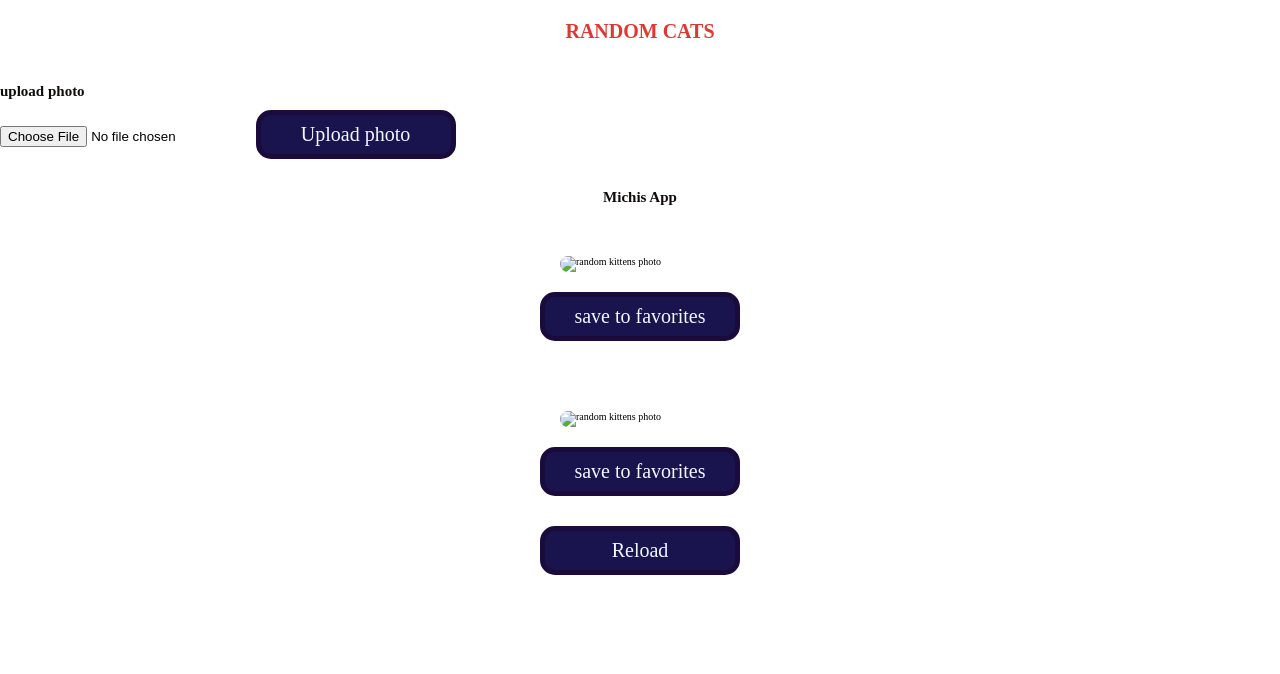
Repository: elto82/ConsumoAPIRESTjs
Page: index.html
These files come from the project's save history. The page is drawn as it stood at one moment and after the next save; the edit follows.
The browser window is 1280 px wide. The pictures show the whole page.
The page's requests for data from a server got no answer.

Above is the page before, as saved 2022-07-04 21:46:04.

### index.html
<!DOCTYPE html>
<html lang="en">

<head>
  <meta charset="UTF-8">
  <meta http-equiv="X-UA-Compatible" content="IE=edge">
  <meta name="viewport" content="width=device-width, initial-scale=1.0">
  <title>Random Cats</title>
  <link rel="stylesheet" href="style.css">
</head>

<body>
  <header>
    <h1>Random Cats</h1>
  </header>
  <span id="error"></span>


  <section id="uploadingMichi" class="cards__container">
    <h2>upload photo</h2>
    <form id="uploadingForm">
      <input id="fileSelector" type="file" name="file" accept="image/*">

      <button type="button" onclick="uploadMichiPhoto()" class="random-cat-button">
        Upload photo<i class="fa-solid fa-paper-plane"></i>
      </button>
      <div id="preview-zone">

      </div>
    </form>
  </section>

  <section id="randomMichis" class="container">
    <h2>Michis App</h2>

    <article>
      <img id="img1" alt="random kittens photo" class="image">
      <button id="btn1" class="random-cat-button">
        save to favorites
      </button>
    </article>
    <article>
      <img id="img2" alt="random kittens photo" class="image">
      <button id="btn2" class="random-cat-button">
        save to favorites
      </button>
    </article>

    <button class="random-cat-button" onclick="loadRandomMichis()">
      Reload
    </button>

  </section>
  <section id="favoriteMichis">

  </section>

  <script src="https://cdn.jsdelivr.net/npm/axios/dist/axios.min.js"></script>
  <script src="./main.js"></script>
</body>

</html>

### style.css
* {
  box-sizing: border-box;
  margin: 0px;
  padding: 0px;
}
html {
  font-size: 62.5%;
}
body {
  font-family: 'Square Peg', cursive;
}
header {
  display: flex;
  justify-content: center;
}

h1 {
  margin: 20px 0;
  color: #DB3A34;
  font-weight: 800;
  text-transform: uppercase;
}

h2 {
  color: #100c0c;
  margin: 0 0 1rem 0;
}

#error {
  color: rgb(20, 17, 17);
  display: block;
  margin-bottom: 20px;
  margin-left: 1rem;
}

article{
  display: flex;
  flex-direction: column;
  justify-content: center;
  place-items: center;
  padding: 20px;
}


.container {
  display: flex;
  flex-direction: column;
  justify-content: center;
  place-items: center;
  padding: 20px;
}
.container .image {
  border-radius: 20px;
  margin: 20px;
  width: 80%;
  height: auto;
}
.random-cat-button {
  align-items: center;
  background-color: rgb(26, 20, 78);
  border: 5px solid rgb(27, 11, 60);
  border-radius: 15px;
  color: aliceblue;
  cursor: pointer;
  font-family: 'Pacifico', cursive;
  font-size: 2rem;
  padding: 0.8rem;
  width: 20rem;
  height: auto;
  margin-bottom: 1rem;
}
.random-cat-button:hover {
  border: 5px solid rgb(36, 16, 71);
  background-color: rgb(33, 14, 62);
}

#file-preview{
  width: 300px;
  height: auto;
  margin: 20px 20px;
}

### main.js
const api = axios.create({
  baseURL: 'https://api.thecatapi.com/v1'
});
api.defaults.headers.common['X-API-KEY'] = '11fb4c78-96c8-403c-b282-b8c4d38b4b60';


/*--------------------------------------------- endpoint
const API_URL = "https://api.thecatapi.com/v1/images/search"; */
/* --------------------------------------------------------query parameters */
const API_URL_random = "https://api.thecatapi.com/v1/images/search?limit=2";
const API_URL_favorites = "https://api.thecatapi.com/v1/favourites";
const API_URL_upload = "https://api.thecatapi.com/v1/images/upload";

const API_URL_favorites_delete = (id) =>
  `https://api.thecatapi.com/v1/favourites/${id}`;

const spanError = document.getElementById("error");

async function loadRandomMichis() {
  const res = await fetch(API_URL_random);
  const data = await res.json();

  console.log(data);
  console.log("loadRandomMichis");

  if (res.status !== 200) {
    spanError.innerHTML = `hubo un error: ${res.status} ${data.message}`;
  } else {
    const img1 = document.getElementById("img1");
    const img2 = document.getElementById("img2");
    const btn1 = document.getElementById("btn1");
    const btn2 = document.getElementById("btn2");

    img1.src = data[0].url;
    img2.src = data[1].url;
    btn1.onclick = () => saveFavoriteMichi(data[0].id);
    btn2.onclick = () => saveFavoriteMichi(data[1].id);
  }
}

async function loadFavoriteMichis() {
  const res = await fetch(API_URL_favorites, {
    method: "GET",
    headers: {
      "X-API-KEY": "11fb4c78-96c8-403c-b282-b8c4d38b4b60",
    },
  });
  const data = await res.json();

  console.log(data);
  console.log("loadFavoriteMichis");

  if (res.status !== 200) {
    spanError.innerHTML = `Hubo un error: ${res.status} ${data.message}`;
  } else {
    const section = document.getElementById("favoriteMichis");
    section.innerHTML = "";
    const h2 = document.createElement("h2");
    const h2Text = document.createTextNode("Michis Favorites");
    h2.appendChild(h2Text);
    section.appendChild(h2);

    data.forEach((michi) => {
      const article = document.createElement("article");
      const img = document.createElement("img");
      const btn = document.createElement("button");
      const btnText = document.createTextNode("remove michi");

      btn.appendChild(btnText);
      btn.onclick = () => deleteFavoriteMichi(michi.id);
      img.src = michi.image.url;
      img.width = 150;
      article.appendChild(img);
      article.appendChild(btn);
      section.appendChild(article);
    });
  }
}

async function saveFavoriteMichi(id) {
  const { data, status } = await api.post('/favourites', {
    image_id: id,
  });
  /* const res = await fetch(API_URL_favorites, {
    method: "POST",
    headers: {
      "Content-Type": "application/json",
      "X-API-KEY": "11fb4c78-96c8-403c-b282-b8c4d38b4b60",
    },
    body: JSON.stringify({
      image_id: id,
    }),
  });
  const data = await res.json(); */

  console.log("save");
  //console.log(res);

  if (status !== 200) {
    spanError.innerHTML = `Hubo un error: ${status} ${data.message}`;
  } else {
    console.log("michi guardado en favoritos");
    loadFavoriteMichis();
  }
}

async function deleteFavoriteMichi(id) {
  const res = await fetch(API_URL_favorites_delete(id), {
    method: "DELETE",
    headers: {
      "X-API-KEY": "11fb4c78-96c8-403c-b282-b8c4d38b4b60",
    },
  });
  const data = await res.json();

  if (res.status !== 200) {
    spanError.innerHTML = `Hubo un error: ${res.status} ${data.message}`;
  } else {
    console.log("michi eliminado de favoritos");
    loadFavoriteMichis();
  }
}

async function uploadMichiPhoto() {
  const form = document.getElementById("uploadingForm");
  const formData = new FormData(form);

  console.log(formData.get("file"));

  const res = await fetch(API_URL_upload, {
    method: "POST",
    headers: {
      //"Content-Type": "multipart/form-data",
      "X-API-KEY": "11fb4c78-96c8-403c-b282-b8c4d38b4b60",
    },
    body: formData,
  });
  const data = await res.json();

  if (res.status !== 201) {
    spanError.innerText = "Hubo un error: " + res.status + " " + data.message;
  } else {
    console.log("Michi cargado correctamente");
    console.log({ data });
    console.log(data.url);
    saveFavoriteMichi(data.id);
    loadRandomMichis();
  }
}

/* const previewImage = () => {
  const file = document.getElementById("file").files;
  console.log(file);
  if (file.length > 0) {
    const fileReader = new FileReader();

    fileReader.onload = function(e) {
      document.getElementById("preview").setAttribute("src", e.target.result);
    };
    fileReader.readAsDataURL(file[0]);
  }
} */

function readFile(input) {
  if (input.files && input.files[0]) {
    var reader = new FileReader();
    reader.onload = function (e) {
      var filePreview = document.createElement("img");
      filePreview.id = "file-preview";
      //Aca se guarda la imagen en base 64
      filePreview.src = e.target.result;
      console.log(e.target.result);

      var previewZone = document.getElementById("preview-zone");
      previewZone.appendChild(filePreview);
    };

    reader.readAsDataURL(input.files[0]);
  }
}
var fileUpload = document.getElementById("fileSelector");
fileUpload.onchange = function (e) {
  readFile(e.srcElement);

};

loadRandomMichis();
loadFavoriteMichis();

After the next save:
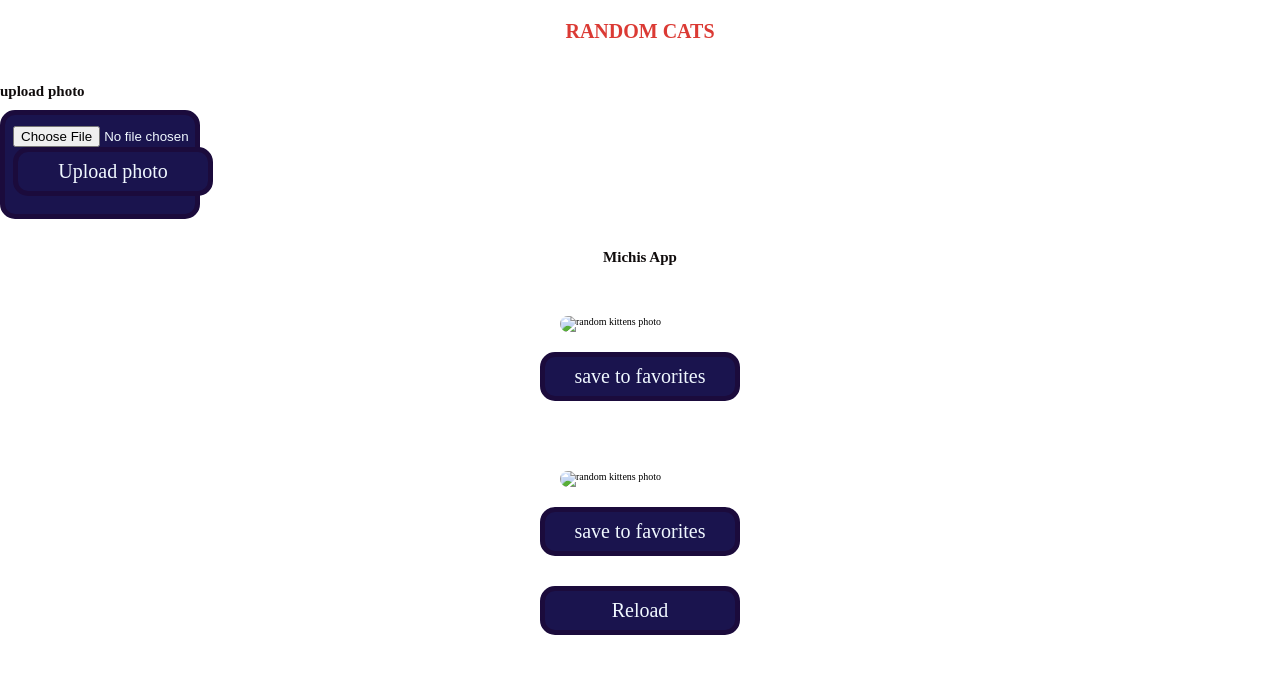
Saved 3 min 15 s later.
--- a/style.css
+++ b/style.css
@@ -79,3 +79,18 @@ article{
   height: auto;
   margin: 20px 20px;
 }
+
+#uploadingForm{
+  align-items: center;
+  background-color: rgb(26, 20, 78);
+  border: 5px solid rgb(27, 11, 60);
+  border-radius: 15px;
+  color: aliceblue;
+  cursor: pointer;
+  font-family: 'Pacifico', cursive;
+  font-size: 2rem;
+  padding: 0.8rem;
+  width: 20rem;
+  height: auto;
+  margin-bottom: 1rem;
+}

After the save that followed:
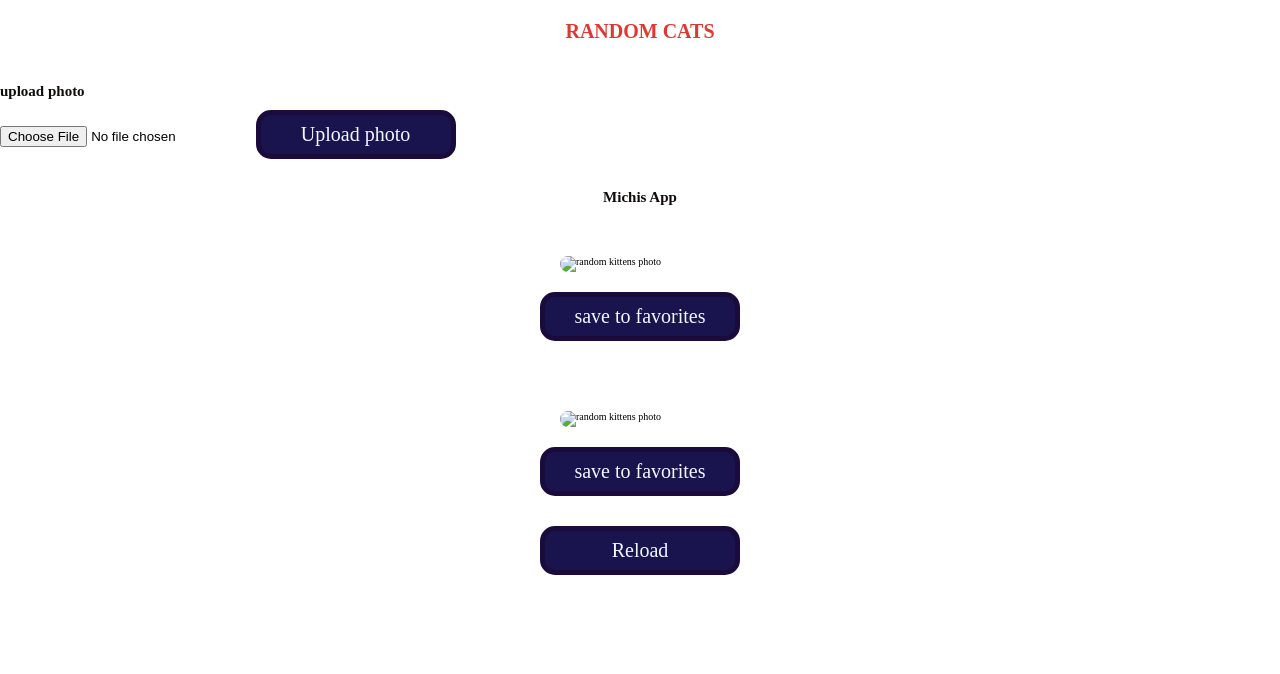
Saved 24 s later.
--- a/style.css
+++ b/style.css
@@ -82,15 +82,16 @@ article{
 
 #uploadingForm{
   align-items: center;
-  background-color: rgb(26, 20, 78);
-  border: 5px solid rgb(27, 11, 60);
-  border-radius: 15px;
-  color: aliceblue;
-  cursor: pointer;
-  font-family: 'Pacifico', cursive;
-  font-size: 2rem;
-  padding: 0.8rem;
-  width: 20rem;
-  height: auto;
-  margin-bottom: 1rem;
+
 }
+background-color: rgb(26, 20, 78);
+border: 5px solid rgb(27, 11, 60);
+border-radius: 15px;
+color: aliceblue;
+cursor: pointer;
+font-family: 'Pacifico', cursive;
+font-size: 2rem;
+padding: 0.8rem;
+width: 20rem;
+height: auto;
+margin-bottom: 1rem;
